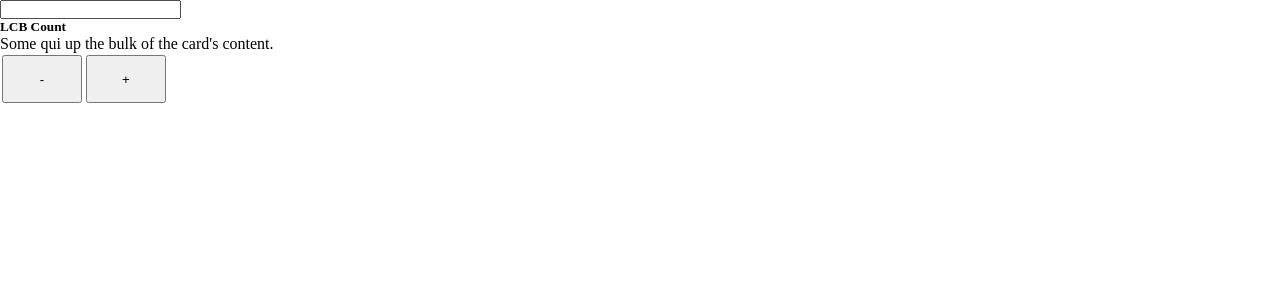
Repository: suraj-yadav7/SwitchWorkflow-Count-reactjs
Page: /
The author's editor kept a copy of each file at every save. The page is drawn from the files as they stood at one save, then again after the next save.
The browser window is 1280 px wide. The pictures show the whole page.
The project was rebuilt for these pictures with package versions that can differ from the ones it lists, and the page was loaded fresh each time.

Above is the page before, as saved 2023-04-16 22:45:56.

### src/App.js
import './App.css';
import TitleCount from './Components/TitleCount';

function App() {
  return (
    <>
    <TitleCount />
    </>
  );
}

export default App;

### src/App.css
*{
  margin: 0;
  padding: 0;
  box-sizing: border-box;
}

button{
  width: 5rem;
  margin: 2px;
  height: 3rem;
}

### src/Components/TitleCount.jsx
import React from 'react'

const TitleCount = () => {
    return (
        <>
            <div className="container">
                <div class="card" style={{width: "18rem"}}>
                    <input type='text' name="lcbCount" />
                    <div class="card-body">
                        <h5 class="card-title">LCB Count</h5>
                        <p class="card-text">Some qui up the bulk of the card's content.</p>
                        <button >-</button>
                        <button >+</button>
                    </div>
                </div>
            </div>

        </>
    )
}

export default TitleCount

Loaded but not shown: src/index.js (common file)

After the next save:
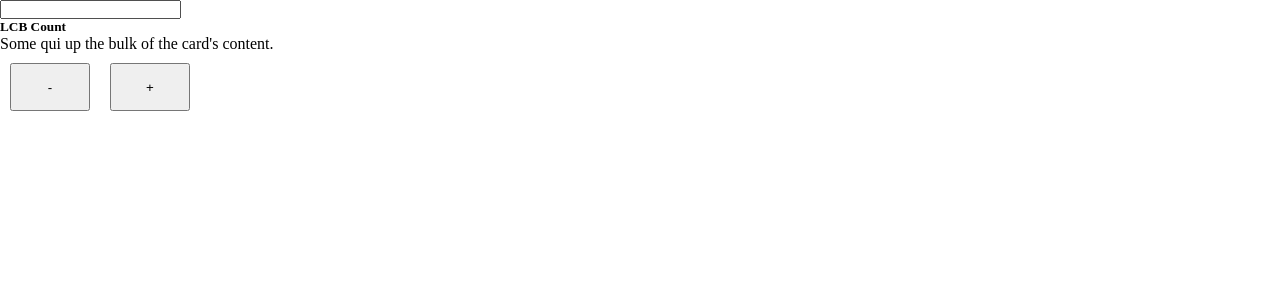
Saved 4 s later.
--- a/src/App.css
+++ b/src/App.css
@@ -6,6 +6,6 @@
 
 button{
   width: 5rem;
-  margin: 2px;
+  margin: 10px;
   height: 3rem;
 }
